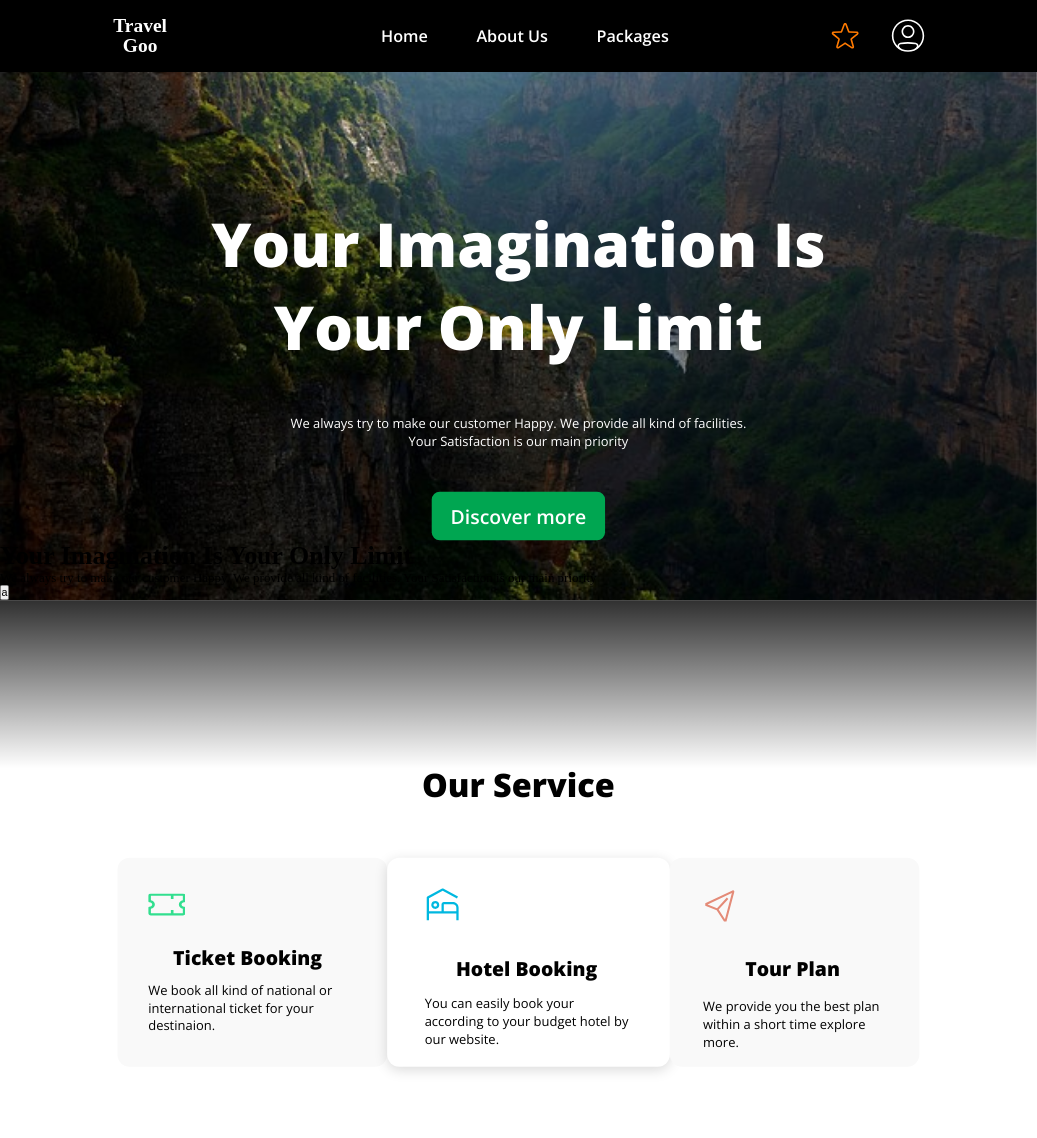
Repository: simralgasimov/back-project
Page: index.html
These files come from the project's save history. The page is drawn as it stood at one moment and after the next save; the edit follows.
The browser window is 1280 px wide. The pictures show the whole page, at 81% of full size.
Some web fonts or font styles are not loaded; a fallback is used.

Above is the page before, as saved 2023-09-27 13:31:38.

After the next save:
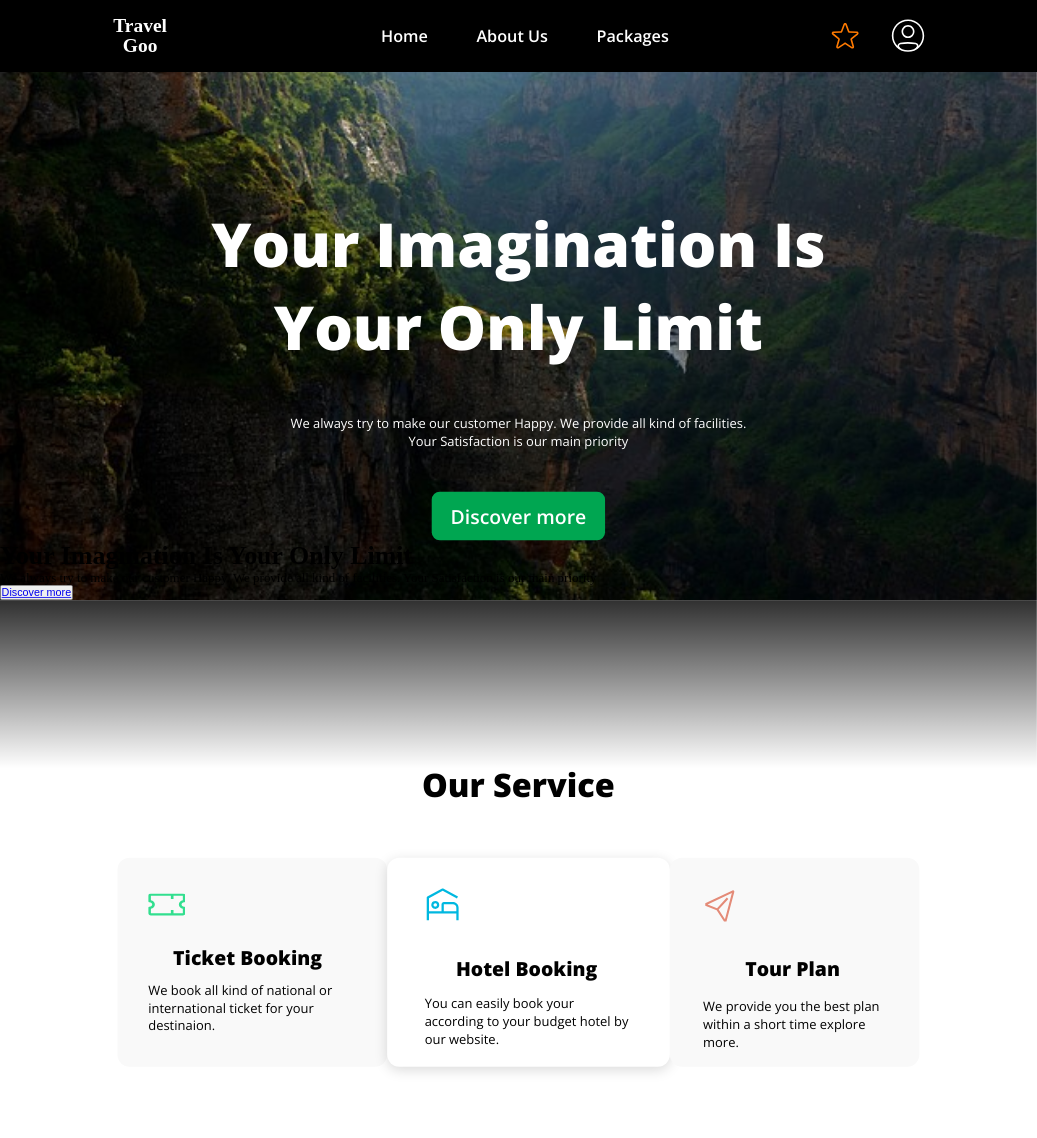
Saved 7 s later.
--- a/index.html
+++ b/index.html
@@ -45,8 +45,7 @@
           facilities. Your Satisfaction is our main priority
         </p>
         <button>
-          a
-        </button>
+          <a href="#">Discover more</a>        </button>
       </div>
     </div>
 
